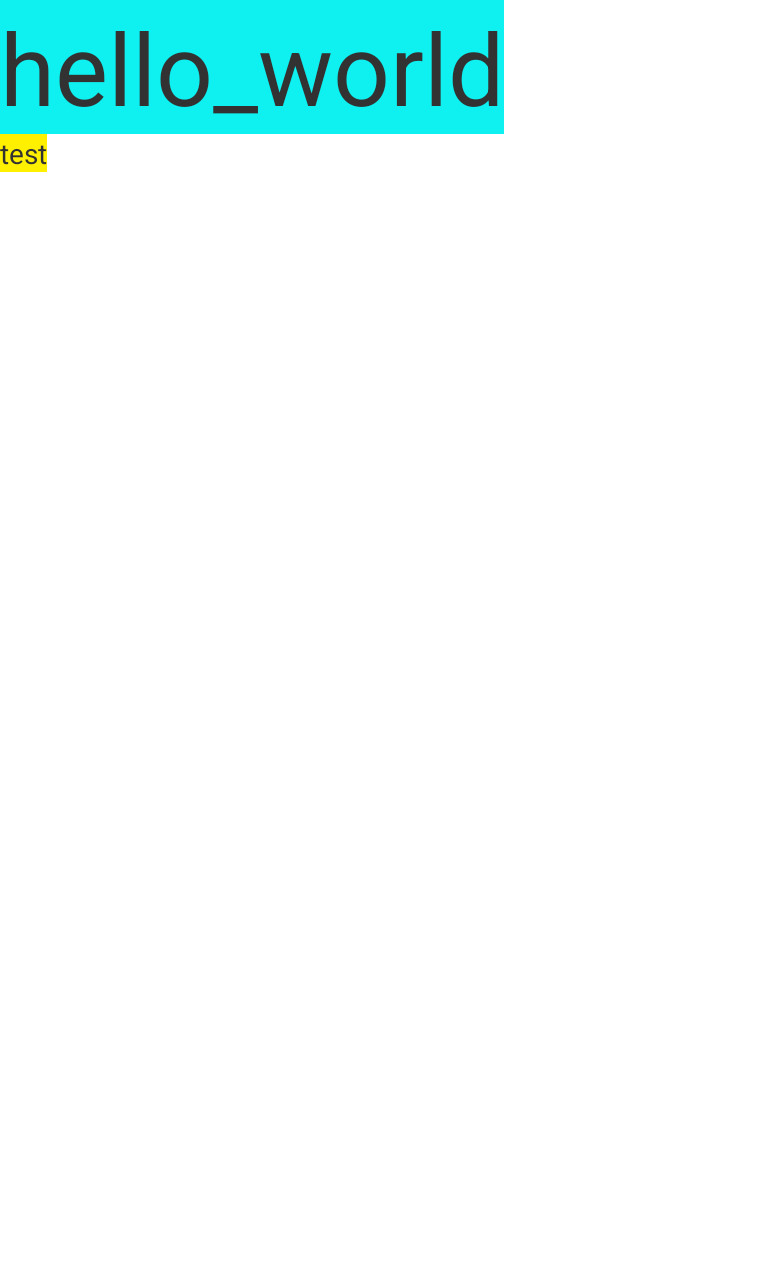
Repository: founderzhl/MarsAndroid
Layout: S01_E15_RelativeLayout01/res/layout/activity_main.xml
These files come from the project's save history. The layout is drawn as it stood at one moment and after the next save; the edit follows.
It is drawn on a 768 x 1280 px phone screen (xhdpi) without system bars, with theme AppTheme; the app's code is not run. The app's manifest (not shown) leaves right-to-left support off. So textAlignment, textDirection and layoutDirection are ignored, and left and right values win over start and end ones.

Above is the layout before, as saved 2015-01-22 16:00:31.

### S01_E15_RelativeLayout01/res/layout/activity_main.xml
<RelativeLayout xmlns:android="http://schemas.android.com/apk/res/android"
    xmlns:tools="http://schemas.android.com/tools"
    android:layout_width="match_parent"
    android:layout_height="match_parent" >

    <TextView
        android:id="@+id/firstView"
        android:layout_width="wrap_content"
        android:layout_height="wrap_content"
        android:background="#0ff0f0"
        android:textSize="50sp"
        android:text="hello_world" />

    <TextView
        android:id="@+id/secondView"
        android:layout_width="wrap_content"
        android:layout_height="wrap_content"
        android:background="#fff000"
        android:layout_below="@id/firstView"
        android:text="test" />


</RelativeLayout>

Loaded but not shown: S01_E15_RelativeLayout01/res/values/styles.xml (common file); S01_E15_RelativeLayout01/res/values-v11/styles.xml (common file); S01_E15_RelativeLayout01/res/values-v14/styles.xml (common file)

After the next save:
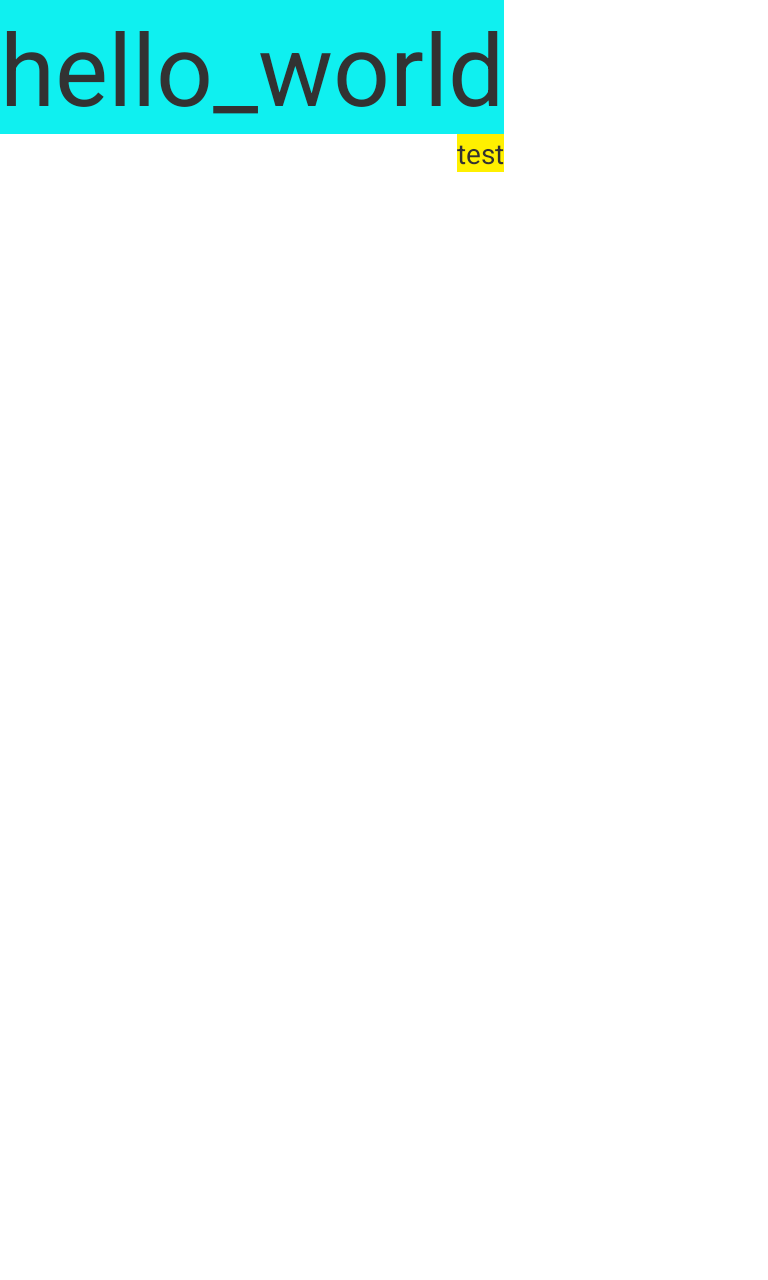
Saved 46 s later.
--- a/S01_E15_RelativeLayout01/res/layout/activity_main.xml
+++ b/S01_E15_RelativeLayout01/res/layout/activity_main.xml
@@ -17,6 +17,7 @@
         android:layout_height="wrap_content"
         android:background="#fff000"
         android:layout_below="@id/firstView"
+        android:layout_alignEnd="@id/firstView"
         android:text="test" />
 
 
